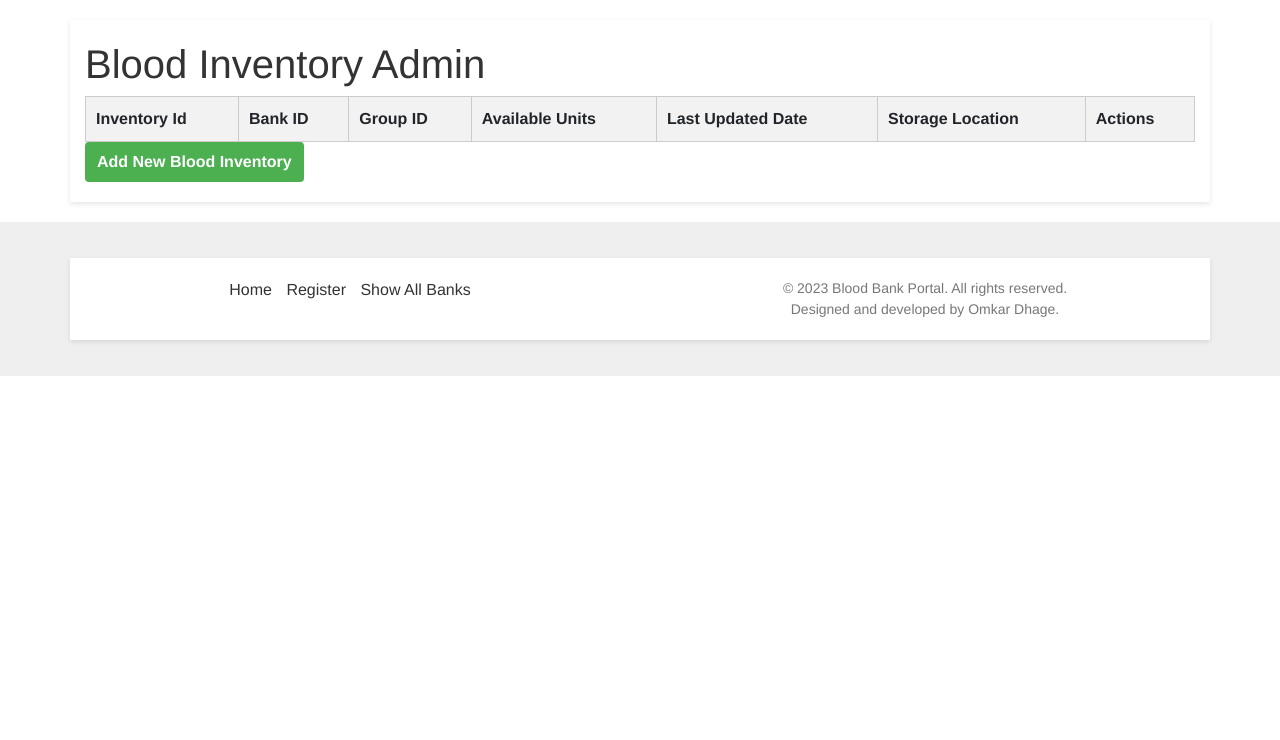
Repository: omi4535/Decentralized_Blood_Bank_System
Page: http://localhost/blood_bank_system/admin_page.jsp
The author's editor kept a copy of each file at every save. The page is drawn from the files as they stood at one save, then again after the next save.
The browser window is 1280 px wide. The pictures show the whole page.
Some web libraries are served in a nearby version. The page is served by Tomcat 9. The template is opened directly, without the code that normally fills it, so the values that code supplies are empty.

Above is the page before, as saved 2023-07-07 19:36:15.

After the next save:
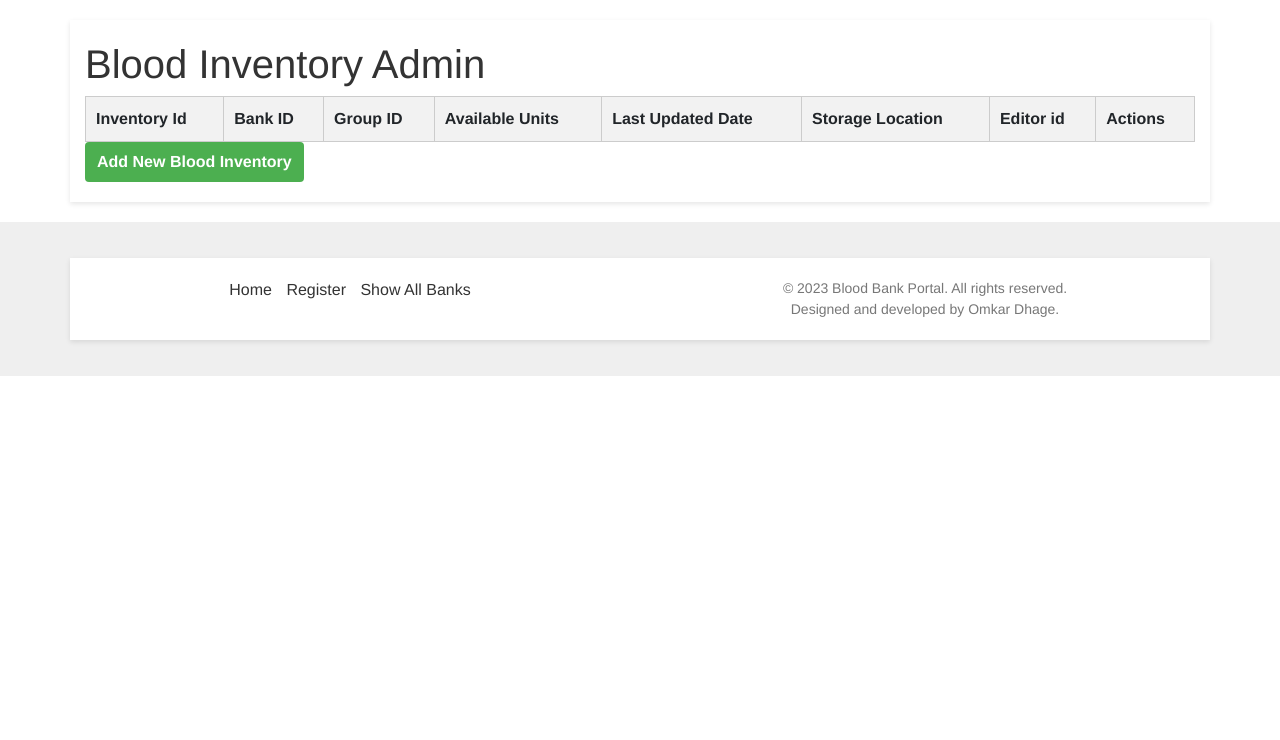
Saved 17 s later.
--- a/blood bank system/src/main/webapp/admin_page.jsp
+++ b/blood bank system/src/main/webapp/admin_page.jsp
@@ -99,6 +99,7 @@
                 <th>Available Units</th>
                 <th>Last Updated Date</th>
                 <th>Storage Location</th>
+                 <th>Editor id</th>
                 <th>Actions</th>
             </tr>
             <c:forEach items="${inventories}" var="bloodInventory">
